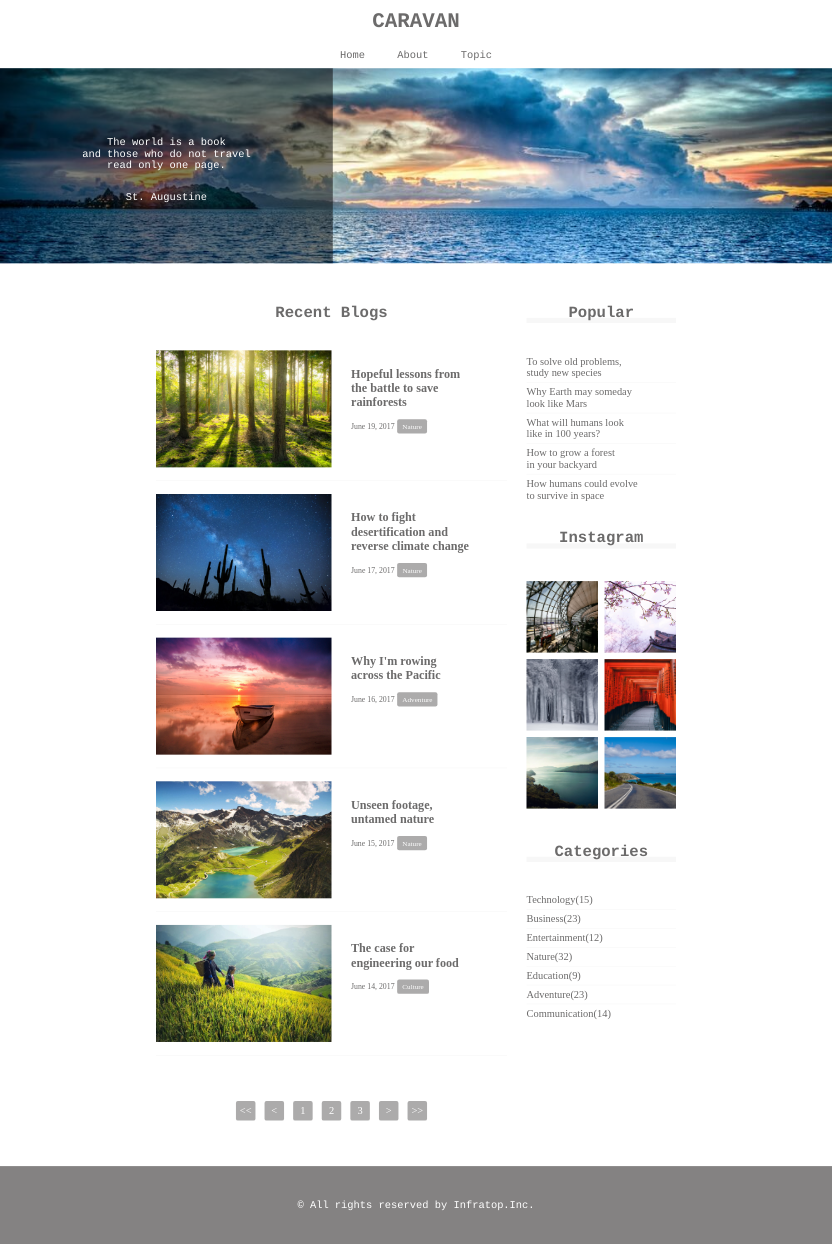
Repository: Risako-Kuse/HTML-CSS
Page: caravan/index.html
The author's editor kept a record of every edit. The page is drawn from the files as they stood at one moment, then again after the next edit.
The browser window is 1280 px wide. The pictures show the whole page, at 65% of full size.

Above is the page before.

After the next edit:
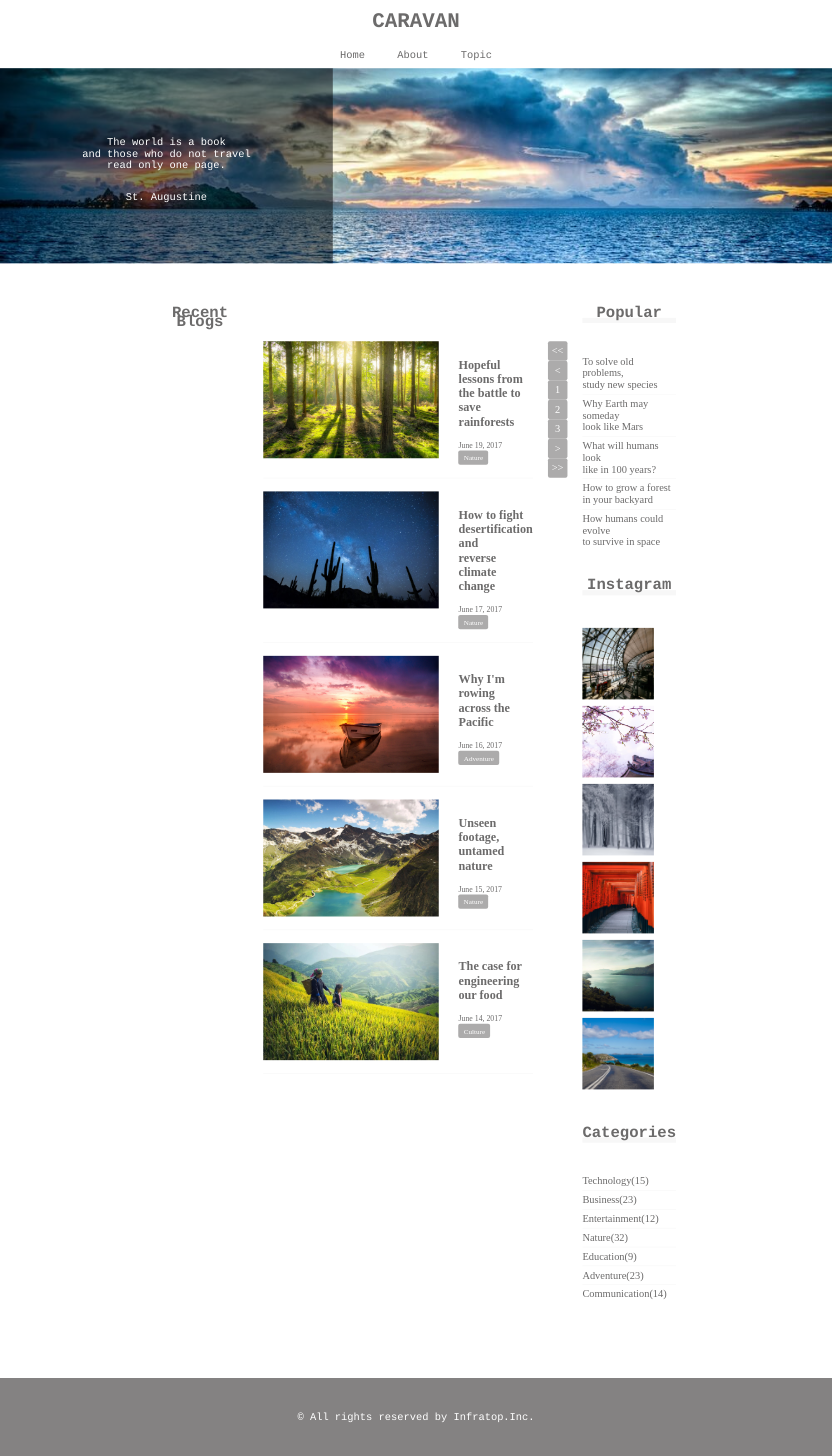
The edit:
--- a/caravan/index.html
+++ b/caravan/index.html
@@ -49,6 +49,9 @@
   <main>
     <section class="blog">
       <h2 class="blog-heading">Recent Blogs</h2>
+      </section>
+
+      </section>
       <div class="blog-box">
        <div class="blog-item">
         <img class="blog-image" src="img/forest.jpg"/>
